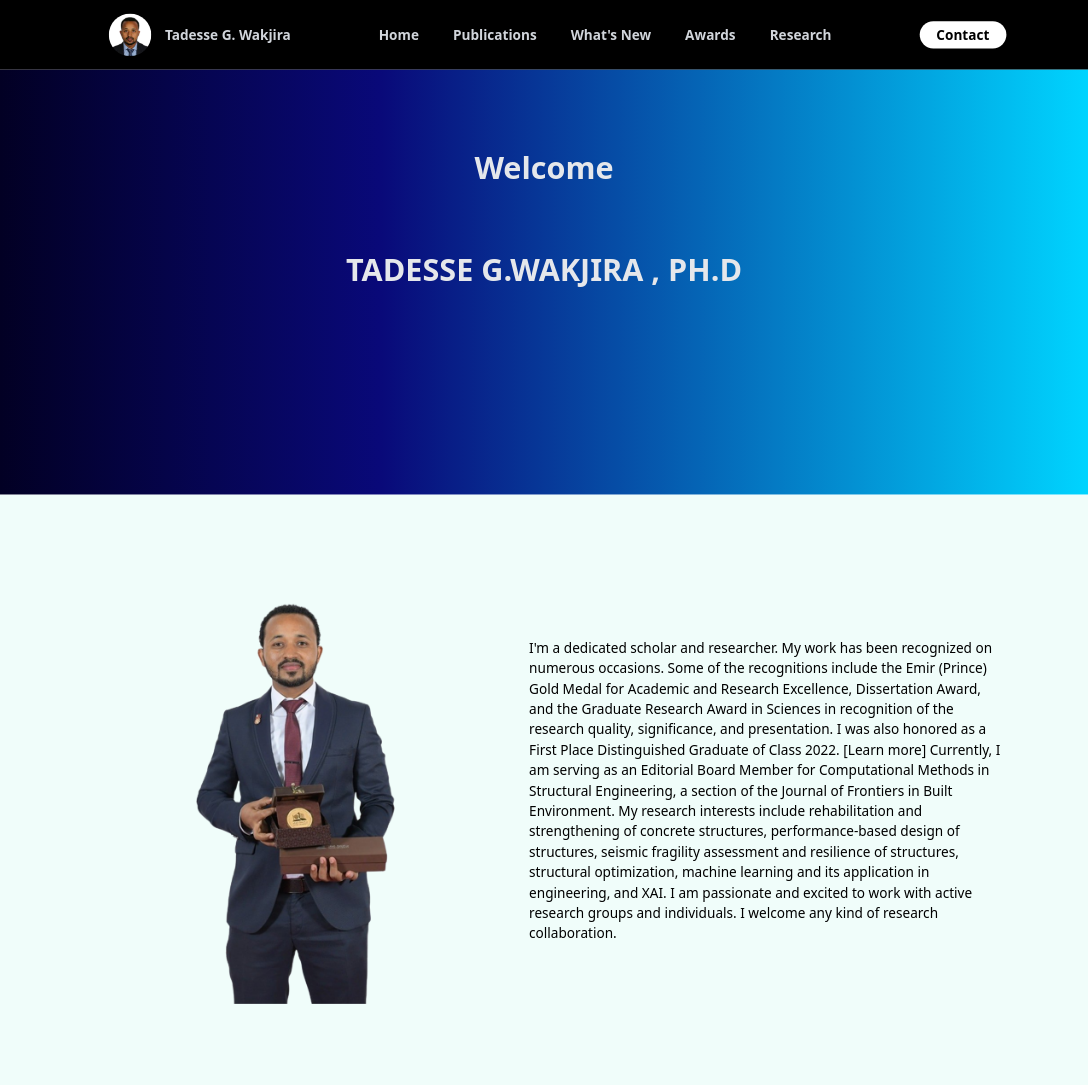
Repository: Elias-Kibret/Tade-portfoilo
Page: /
The author's editor kept a copy of each file at every save. The page is drawn from the files as they stood at one save, then again after a run of saves.
The browser window is 1280 px wide. The pictures show the whole page, at 85% of full size.
The project was rebuilt for these pictures with package versions that can differ from the ones it lists, and the page was loaded fresh each time. The framework's server and built-in components were replaced by stand-ins that run in the browser. Also part of the build but not shown: next.config.js.

Above is the page before, as saved 2022-06-28 11:14:46.

After the next 2 saves:
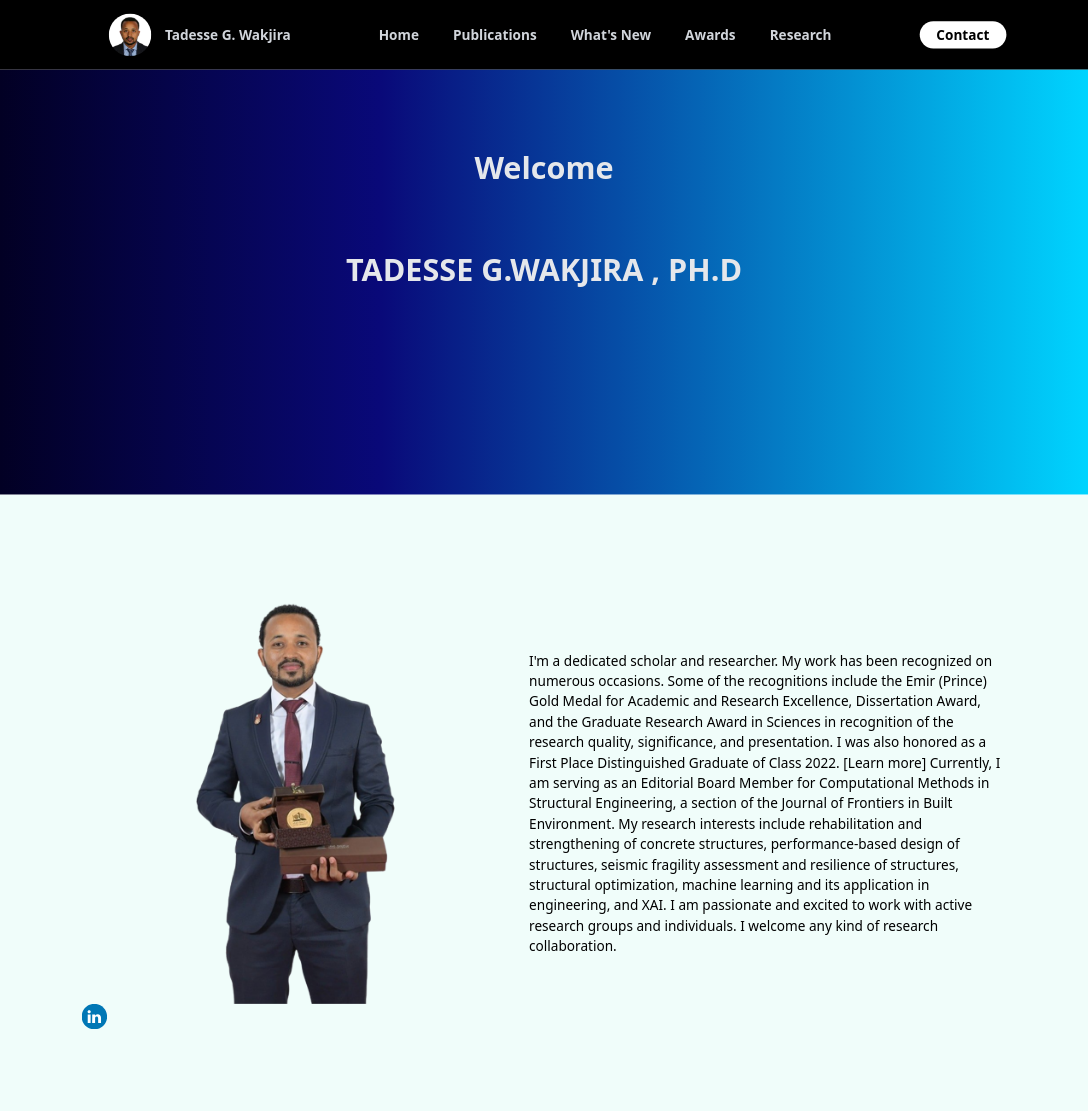
The 2 saves are shown as one change because 1 did not build or start.
The last was saved 5 min 2 s later.
--- a/components/About.tsx
+++ b/components/About.tsx
@@ -1,6 +1,7 @@
 import Image from 'next/image'
 import profileImage from '../public/Img/heroImage.png'
 import Link from 'next/link'
+import linkedin from '../public/Img/Linkedin.svg'
 const About = () => {
   return (
     <section className='bg-teal-50 flex justify-between items-center  p-24 mx-auto '>
@@ -8,7 +9,7 @@ const About = () => {
         <Image  src={profileImage} width={500} height={500} alt="Tadessa G.wakjira"/>
         {/* Social media Links */}
         <div>
-            <Link href=""><a></a></Link>
+            <Link href=""><a> <Image src={linkedin} width={30} height={30} alt="Linkedin"/></a></Link>
             <Link href=""><a></a></Link>
             <Link href=""><a></a></Link>
             <Link href=""><a></a></Link>
